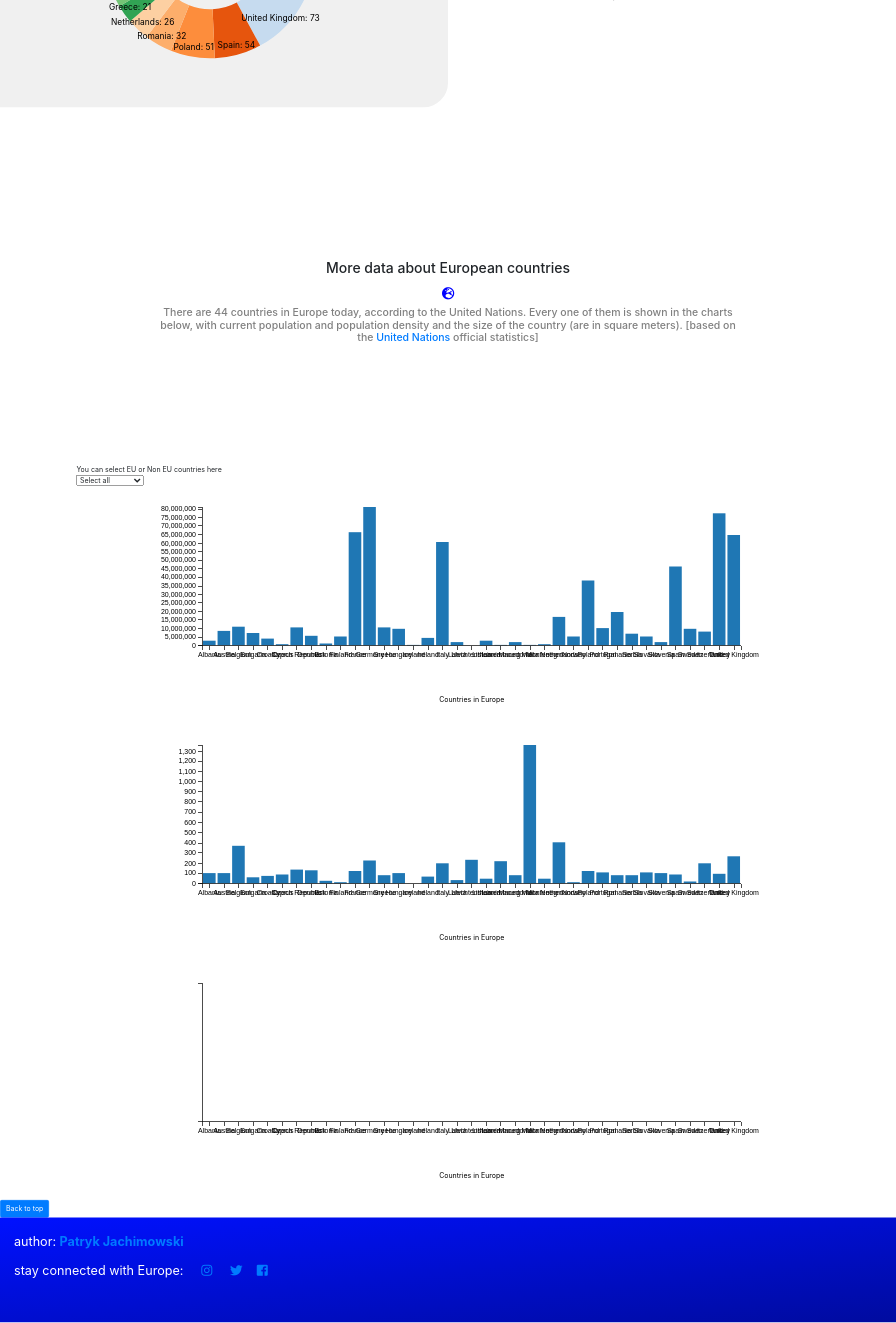
Repository: pjachimowski/renewable
Page: index.html
The author's editor kept a record of every edit. The page is drawn from the files as they stood at one moment, then again after the next edit.
The browser window is 1280 px wide. The pictures show the part of the page from y = 2945 to 4865 px (the page is 4835 px tall before and 4865 px after), at 70% of full size.
Backgrounds fixed to the window are drawn as part of the page. Some web fonts or font styles are not loaded; a fallback is used. Some web libraries are served in a nearby version.

Above is the page before.

After the next edit:
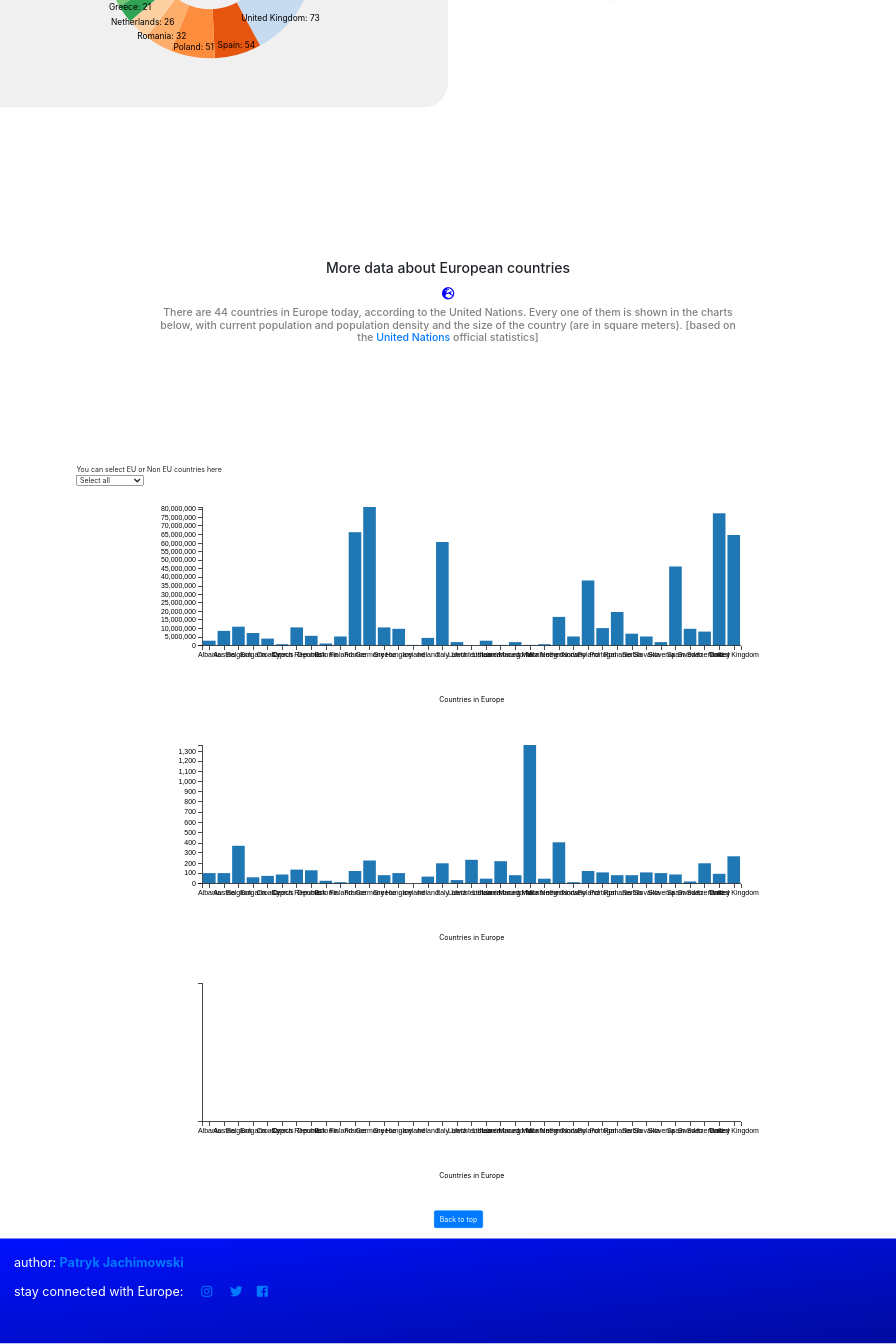
The edit:
--- a/static/css/style.css
+++ b/static/css/style.css
@@ -49,8 +49,9 @@
 
 .go-up-btn {
     align-items: center;
-    justify-content: center;
-    display: block;
+    text-align: center;
+    justify-content: center;
+    margin: 15px 15px;
 }
 
 
